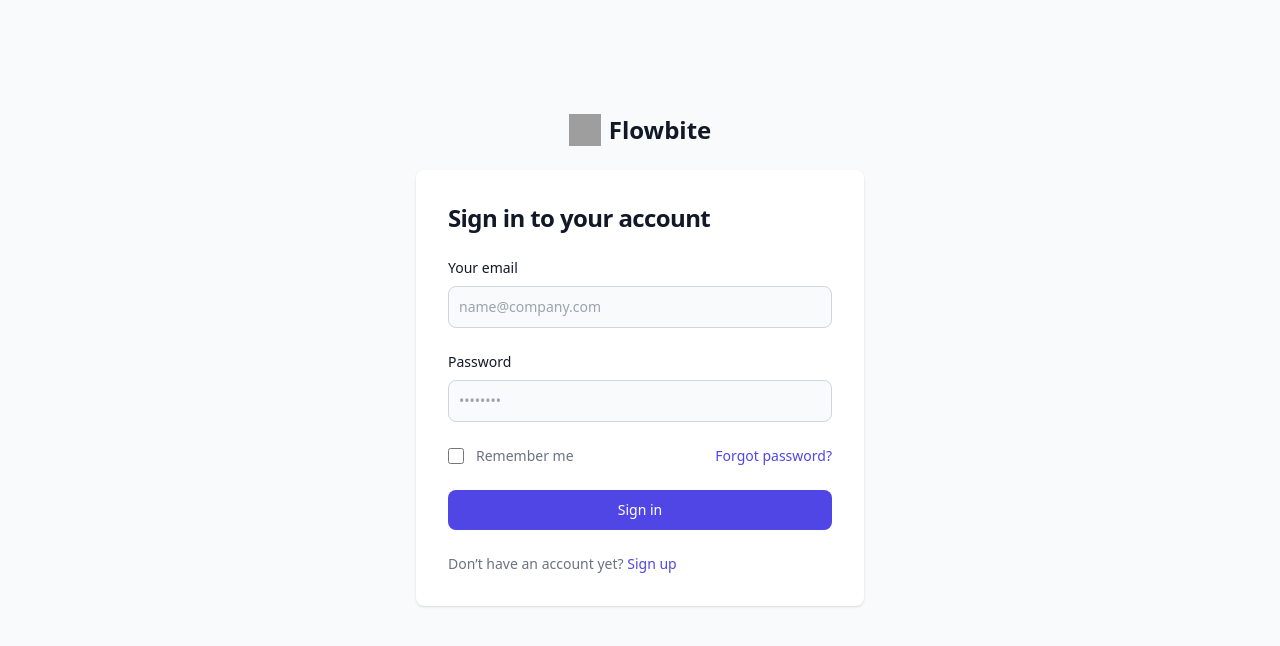
Repository: Narain-Singaram/Coreverse-SMP-Project
Page: http://localhost/account/login.php
These files come from the project's save history. The page is drawn as it stood at one moment and after the next save; the edit follows.
The browser window is 1280 px wide. The pictures show the whole page.
Pictures or frames that could not be fetched are drawn as grey boxes. Some web libraries are served in a nearby version. The page is run by PHP 8.4 with error messages shown; the project is at /var/www/html/.

Above is the page before, as saved 2022-11-05 23:16:36.

### account/login.php
<section class="bg-gray-50">
  <div class="flex flex-col items-center justify-center px-6 py-8 mx-auto md:h-screen lg:py-0">
      <a href="#" class="flex items-center mb-6 text-2xl font-semibold text-gray-900 dark:text-white">
          <img class="w-8 h-8 mr-2" src="https://flowbite.s3.amazonaws.com/blocks/marketing-ui/logo.svg" alt="logo">
          Flowbite
      </a>
      <div class="w-full bg-white rounded-lg shadow dark:border md:mt-0 sm:max-w-md xl:p-0 dark:bg-gray-800 dark:border-gray-700">
          <div class="p-6 space-y-4 md:space-y-6 sm:p-8">
              <h1 class="text-xl font-bold leading-tight tracking-tight text-gray-900 md:text-2xl dark:text-white">
                  Sign in to your account
              </h1>
              <form class="space-y-4 md:space-y-6" action="#">
                  <div>
                      <label for="email" class="block mb-2 text-sm font-medium text-gray-900 dark:text-white">Your email</label>
                      <input type="email" name="email" id="email" class="bg-gray-50 border border-gray-300 text-gray-900 sm:text-sm rounded-lg focus:ring-indigo-600 focus:border-indigo-600 block w-full p-2.5 dark:bg-gray-700 dark:border-gray-600 dark:placeholder-gray-400 dark:text-white dark:focus:ring-blue-500 dark:focus:border-blue-500" placeholder="name@company.com" required="">
                  </div>
                  <div>
                      <label for="password" class="block mb-2 text-sm font-medium text-gray-900 dark:text-white">Password</label>
                      <input type="password" name="password" id="password" placeholder="••••••••" class="bg-gray-50 border border-gray-300 text-gray-900 sm:text-sm rounded-lg focus:ring-indigo-600 focus:border-indigo-600 block w-full p-2.5 dark:bg-gray-700 dark:border-gray-600 dark:placeholder-gray-400 dark:text-white dark:focus:ring-blue-500 dark:focus:border-blue-500" required="">
                  </div>
                  <div class="flex items-center justify-between">
                      <div class="flex items-start">
                          <div class="flex items-center h-5">
                            <input id="remember" aria-describedby="remember" type="checkbox" class="w-4 h-4 border border-gray-300 rounded bg-gray-50 focus:ring-3 focus:ring-indigo-300 dark:bg-gray-700 dark:border-gray-600 dark:focus:ring-indigo-600 dark:ring-offset-gray-800" required="">
                          </div>
                          <div class="ml-3 text-sm">
                            <label for="remember" class="text-gray-500 dark:text-gray-300">Remember me</label>
                          </div>
                      </div>
                      <a href="#" class="text-sm font-medium text-indigo-600 hover:underline dark:text-indigo-500">Forgot password?</a>
                  </div>
                  <button type="submit" class="w-full text-white bg-indigo-600 hover:bg-indigo-700 focus:ring-4 focus:outline-none focus:ring-indigo-300 font-medium rounded-lg text-sm px-5 py-2.5 text-center dark:bg-indigo-600 dark:hover:bg-indigo-700 dark:focus:ring-indigo-800">Sign in</button>
                  <p class="text-sm font-light text-gray-500 dark:text-gray-400">
                      Don’t have an account yet? <a href="#" class="font-medium text-indigo-600 hover:underline dark:text-indigo-500">Sign up</a>
                  </p>
              </form>
          </div>
      </div>
  </div>
</section>

<script src="https://cdn.tailwindcss.com"></script>

After the next save:
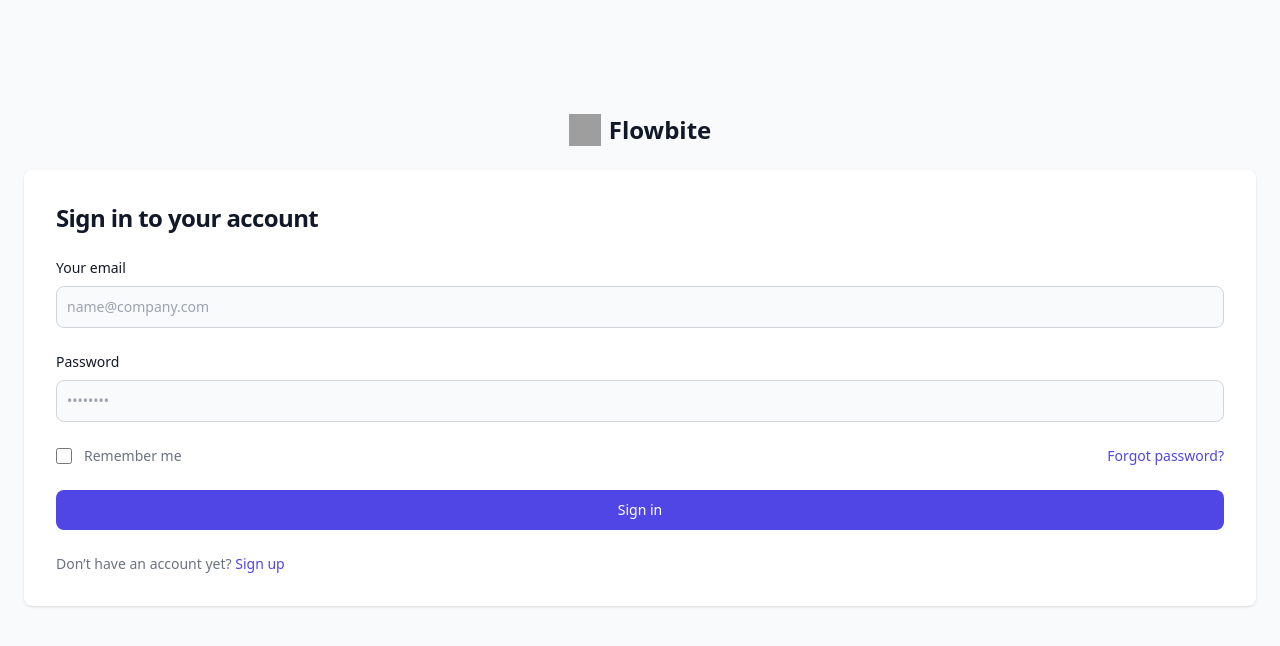
Saved 10 s later.
--- a/account/login.php
+++ b/account/login.php
@@ -4,7 +4,7 @@
           <img class="w-8 h-8 mr-2" src="https://flowbite.s3.amazonaws.com/blocks/marketing-ui/logo.svg" alt="logo">
           Flowbite
       </a>
-      <div class="w-full bg-white rounded-lg shadow dark:border md:mt-0 sm:max-w-md xl:p-0 dark:bg-gray-800 dark:border-gray-700">
+      <div class="w-full bg-white rounded-lg shadow">
           <div class="p-6 space-y-4 md:space-y-6 sm:p-8">
               <h1 class="text-xl font-bold leading-tight tracking-tight text-gray-900 md:text-2xl dark:text-white">
                   Sign in to your account

After the save that followed:
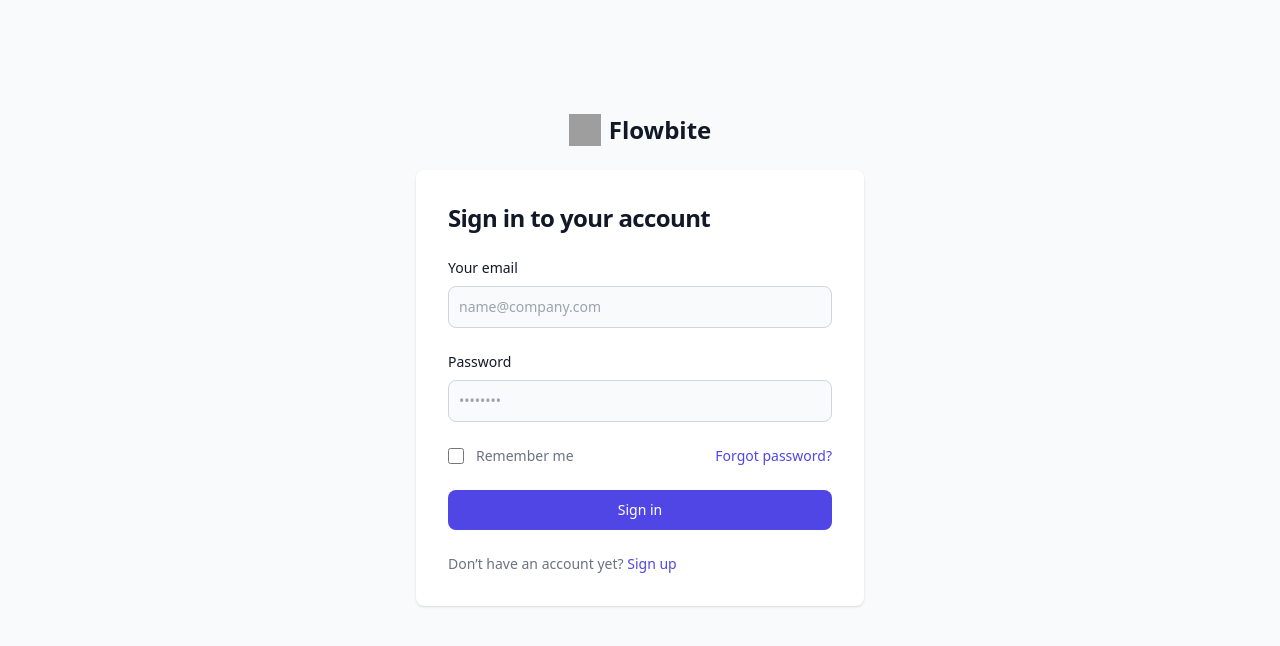
Saved 7 s later.
--- a/account/login.php
+++ b/account/login.php
@@ -4,7 +4,7 @@
           <img class="w-8 h-8 mr-2" src="https://flowbite.s3.amazonaws.com/blocks/marketing-ui/logo.svg" alt="logo">
           Flowbite
       </a>
-      <div class="w-full bg-white rounded-lg shadow">
+      <div class="w-full bg-white rounded-lg shadow md:mt-0 sm:max-w-md xl:p-0 dark:bg-gray-800 dark:border-gray-700">
           <div class="p-6 space-y-4 md:space-y-6 sm:p-8">
               <h1 class="text-xl font-bold leading-tight tracking-tight text-gray-900 md:text-2xl dark:text-white">
                   Sign in to your account
